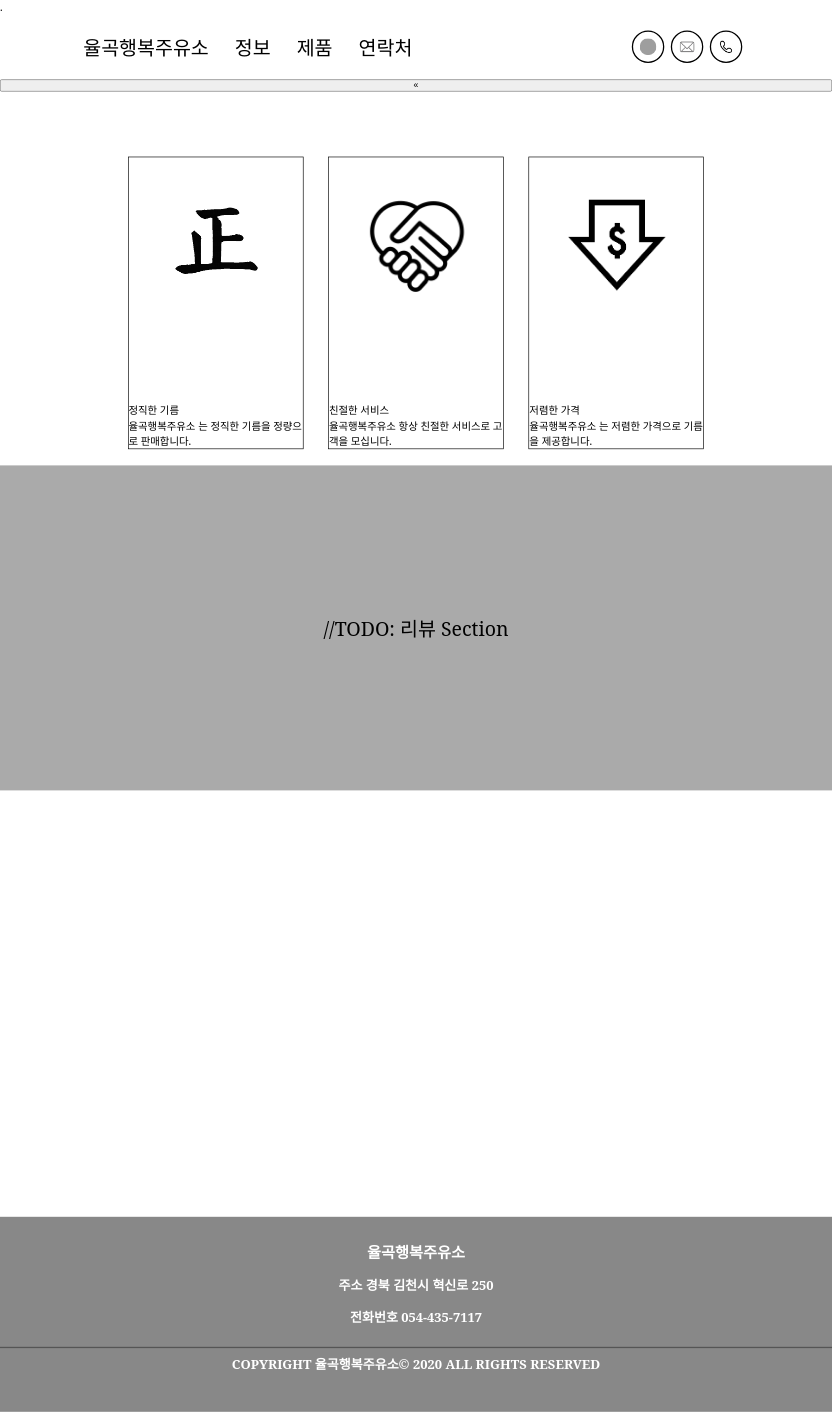
Repository: randomUser134923/pet-projects
Page: pet-projects/web1/index.html
The author's editor kept a record of every edit. The page is drawn from the files as they stood at one moment, then again after the next edit.
The browser window is 1280 px wide. The pictures show the whole page, at 65% of full size.
Pictures or frames that could not be fetched are drawn as grey boxes.

Above is the page before.

After the next edit:
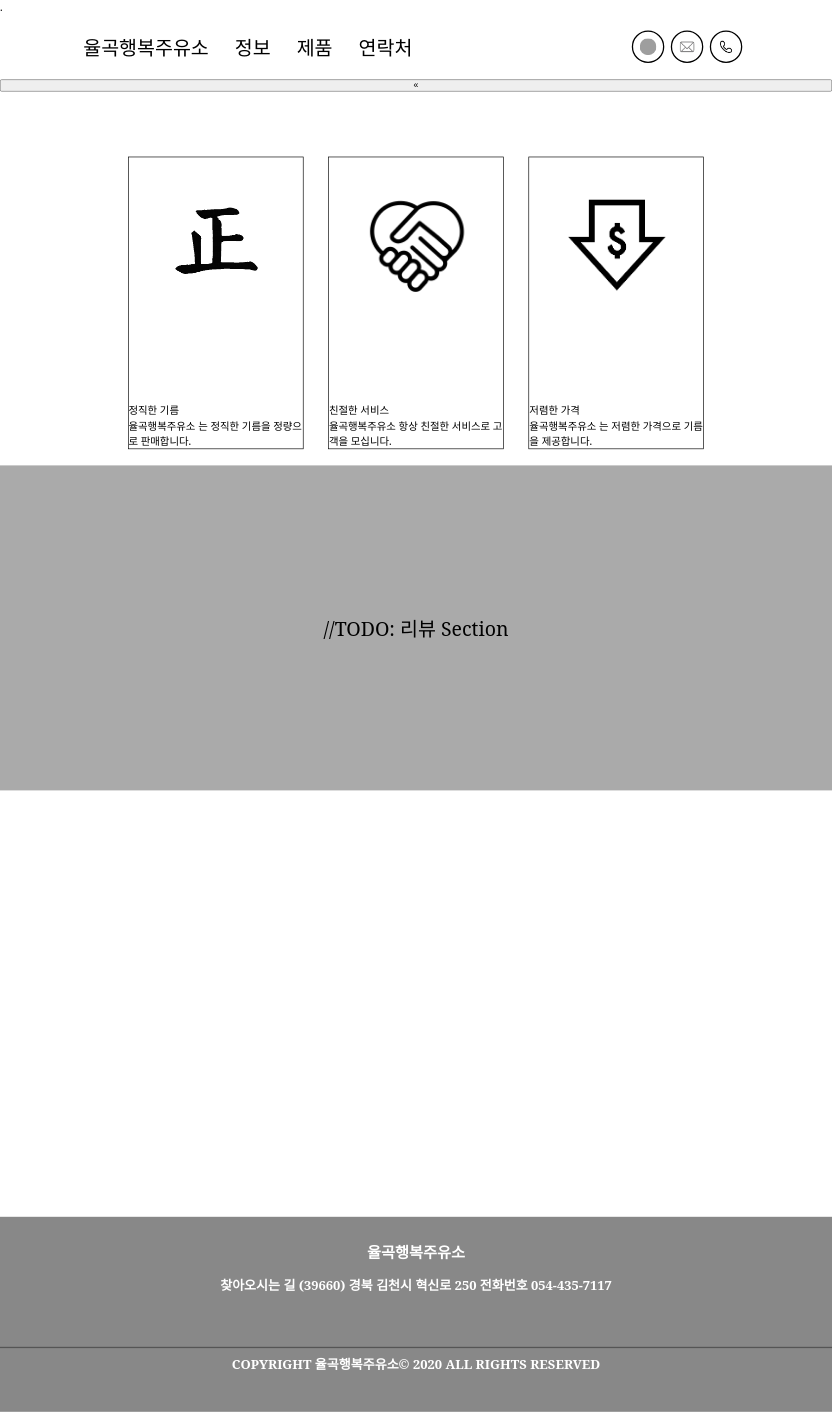
The edit:
--- a/pet-projects/web1/index.html
+++ b/pet-projects/web1/index.html
@@ -98,7 +98,7 @@
             <div class="footer_explain">
                 <h3> 율곡행복주유소 </h3>
                 <p>
-                    <span class="address">주소</span> 경북 김천시 혁신로 250<br>
+                    <span class="address">찾아오시는 길</span> (39660) 경북 김천시 혁신로 250
                     <span class="phone">전화번호</span> 054-435-7117 <br>
                 </p>
             </div>
